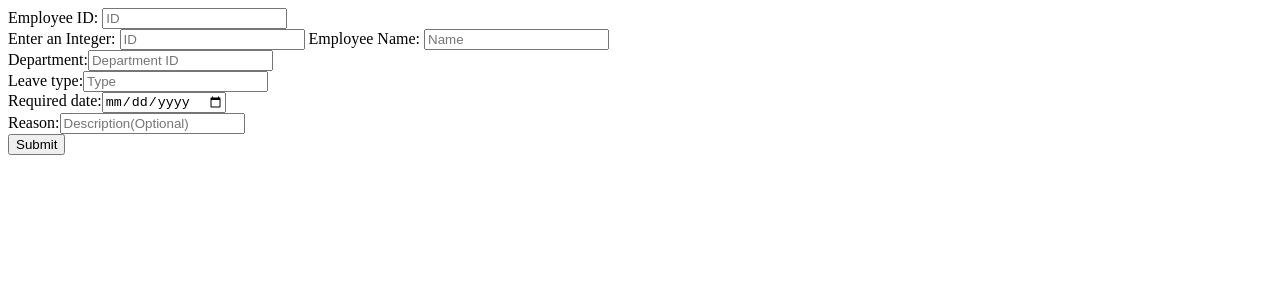
Repository: sakuuLay/StaffManagementSys
Page: http://localhost/test/LeaveRequest.jsp
The author's editor kept a copy of each file at every save. The page is drawn from the files as they stood at one save, then again after the next save.
The browser window is 1280 px wide. The pictures show the whole page.
The page is served by Tomcat 9.

Above is the page before, as saved 2024-10-20 05:35:48.

After the next save:
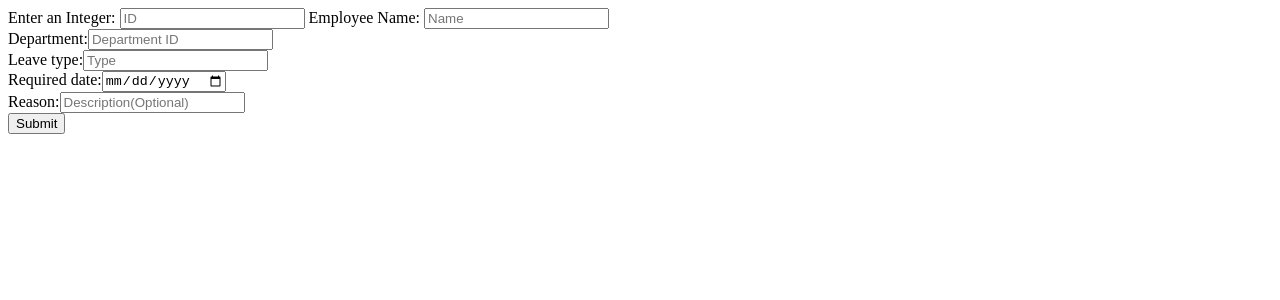
Saved 4 min 38 s later.
--- a/test/src/main/webapp/LeaveRequest.jsp
+++ b/test/src/main/webapp/LeaveRequest.jsp
@@ -8,7 +8,7 @@
 </head>
 <body>
 	<form action = "#" method = "post">
-		Employee ID: <input type="text" name="eid" placeholder="ID" required><br>
+
 		<label for="integerInput">Enter an Integer:</label>
 		<input type="text" id="integerInput" name="eid" placeholder="ID" pattern="^-?\d+$" required>
 		<span id="error" style="color: red; display: none;">Please enter a valid integer.</span>
@@ -20,5 +20,17 @@
 		Reason:<input type="text" name="des" placeholder="Description(Optional)"><br>
 		<button type="submit">Submit</button>
 	</form>
+	<script>
+    document.getElementById('integerInput').addEventListener('input', function (event) {
+        var input = event.target;
+        var errorMessage = document.getElementById('error');
+
+        if (input.validity.patternMismatch) {
+            errorMessage.style.display = 'block';
+        } else {
+            errorMessage.style.display = 'none';
+        }
+    });
+	</script>
 </body>
 </html>
